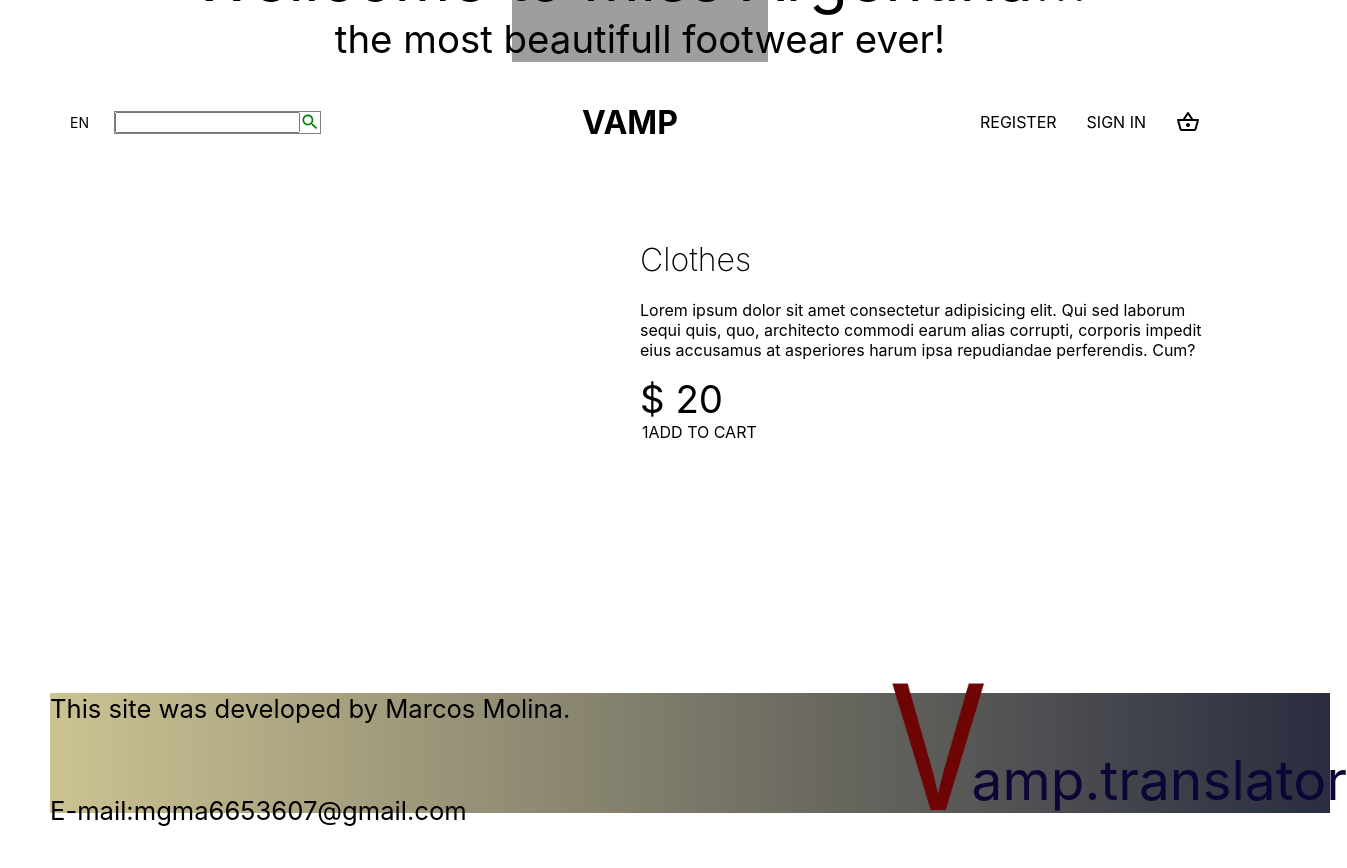
Repository: mgma2005/ecoeli
Page: /
These files come from the project's save history. The page is drawn as it stood at one moment and after the next save; the edit follows.
The browser window is 1280 px wide. The page is 1347 px wide, then 1280 px, so the pictures cover 1347 px, including what lies to the right of the window. The pictures show the part of the page from y = 111 to 979 px (the page is 979 px tall before and 938 px after).
Pictures or frames that could not be fetched are drawn as grey boxes. The project was rebuilt for these pictures with package versions that can differ from the ones it lists, and the page was loaded fresh each time. Also part of the build but not shown: src/App.css.

Above is the page before, as saved 2022-05-14 17:31:13.

After the next save:
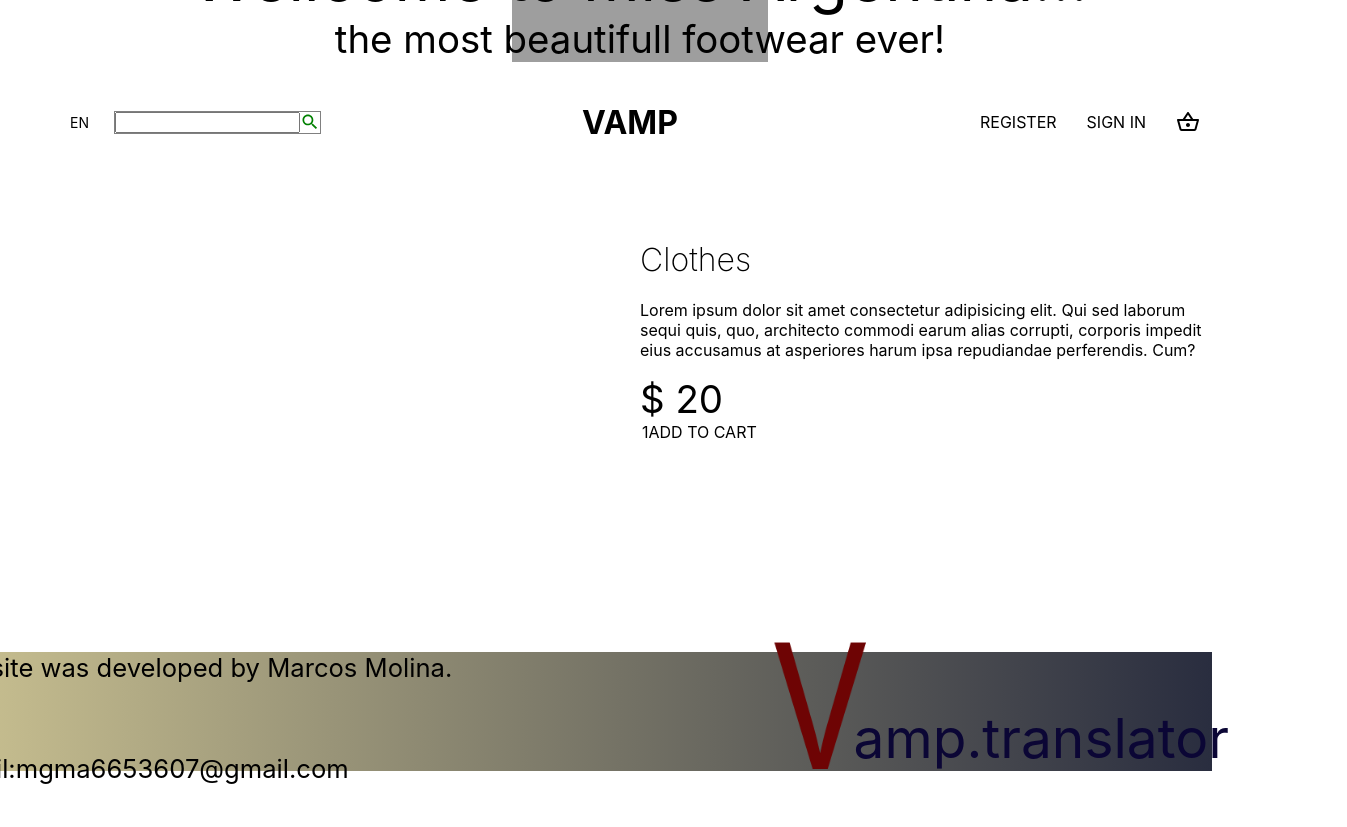
Saved 5 s later.
--- a/src/style.css
+++ b/src/style.css
@@ -1,5 +1,5 @@
 .cont2{
-    margin: -10;
+    margin: -10%;
     width: 100vw;
     height: auto;
     background: linear-gradient(to right, rgb(204, 195, 146),rgb(41, 45, 63));
